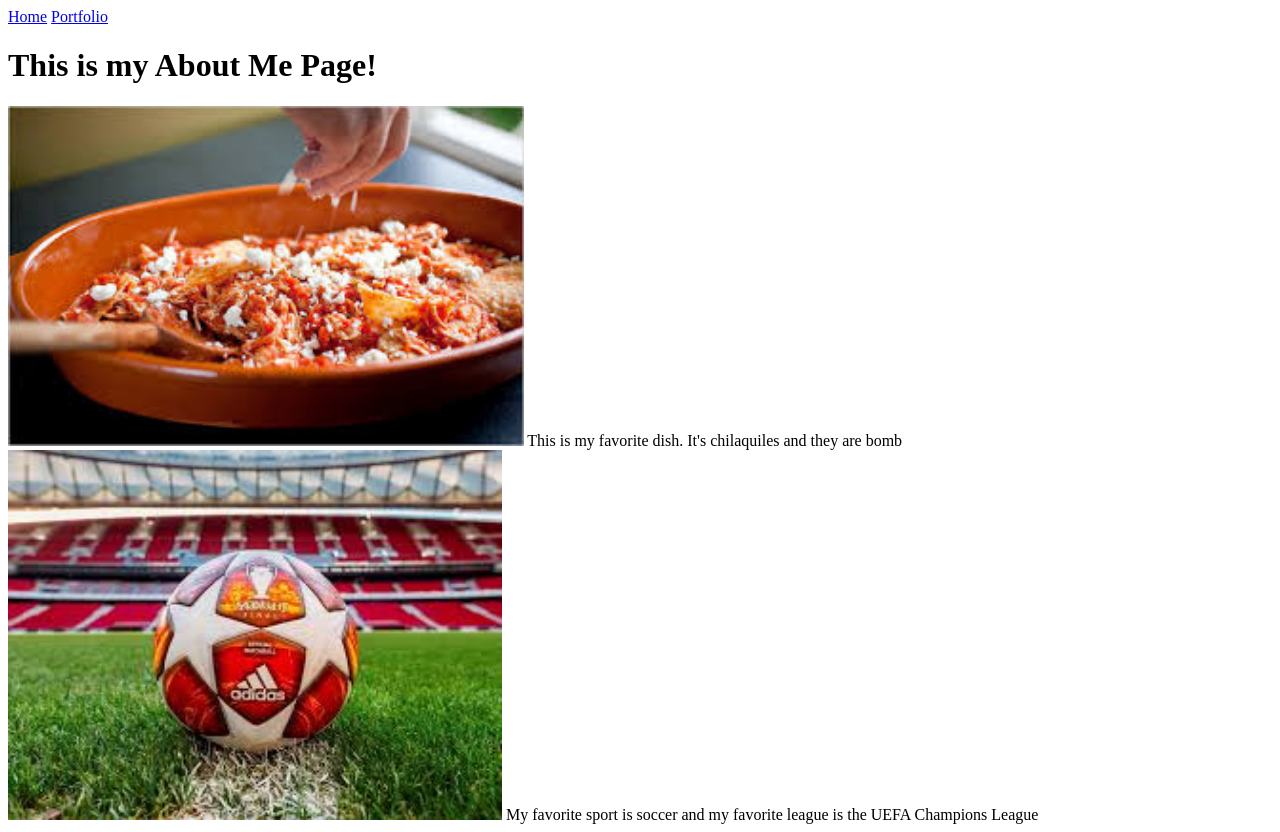
Repository: JSanchez571/JSanchez571.github.io
Page: my_website/aboutme.html
The author's editor kept a record of every edit. The page is drawn from the files as they stood at one moment, then again after the next edit.
The browser window is 1280 px wide. The pictures show the whole page.

Above is the page before.

After the next edit:
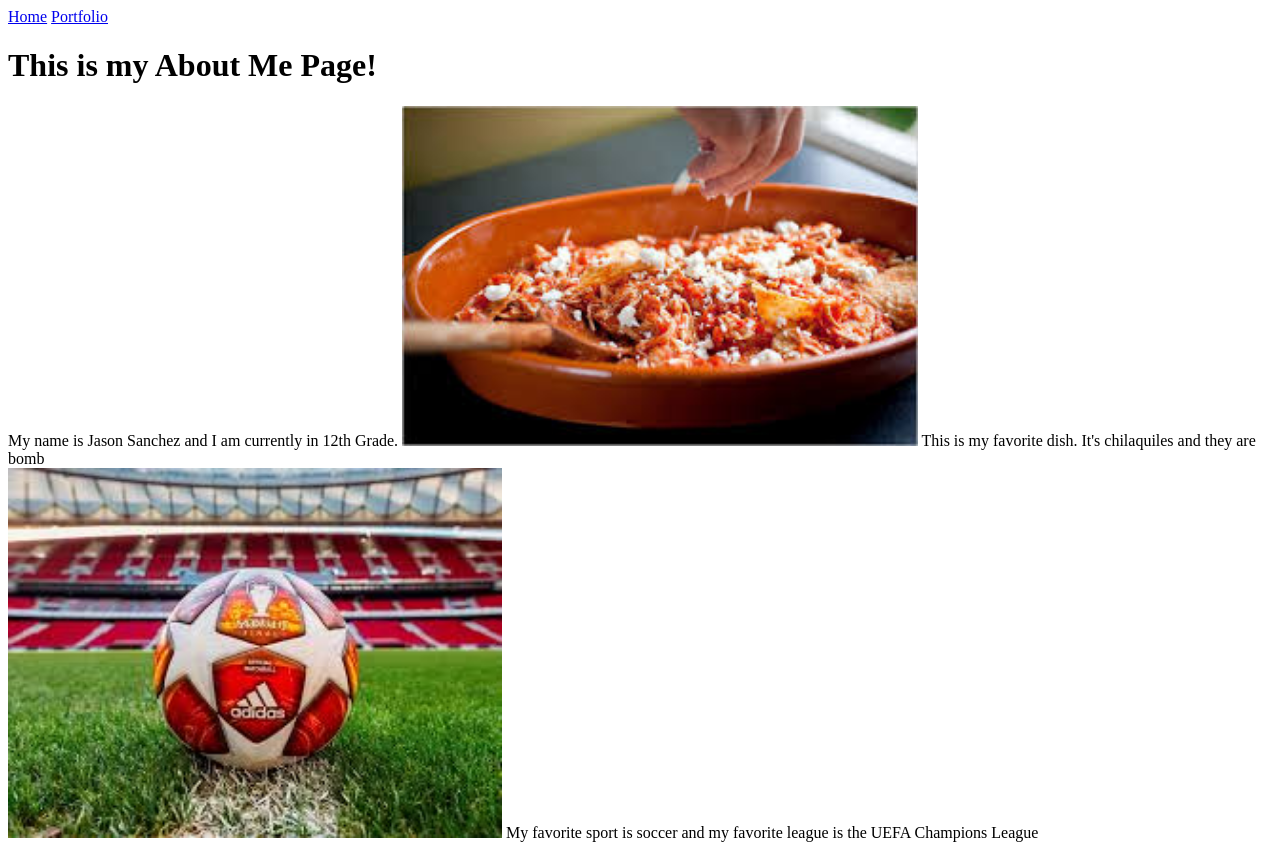
The edit:
--- a/my_website/aboutme.html
+++ b/my_website/aboutme.html
@@ -8,6 +8,7 @@
     <a href="index.html">Home</a>
     <a href="portfolio.html">Portfolio</a>
     <h1>This is my About Me Page!</h1>
+    <body>My name is Jason Sanchez and I am currently in 12th Grade.
     <img src="images/chilaquiles.jpeg" height="340">
     <body>This is my favorite dish. It's chilaquiles and they are bomb
     <br>
